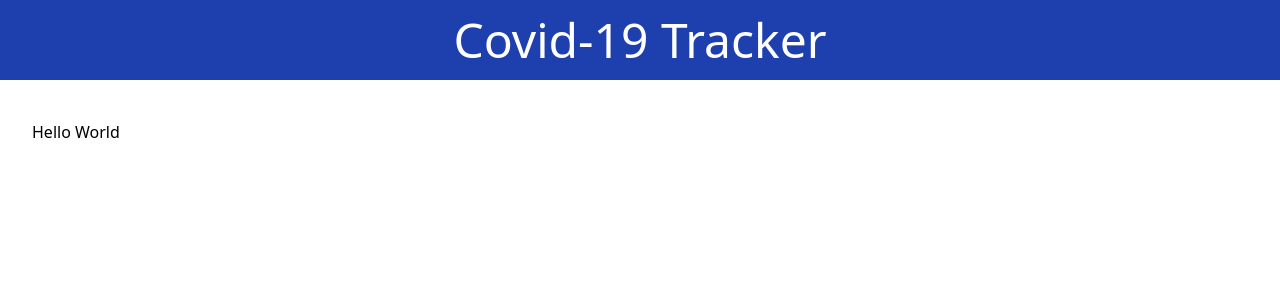
Repository: starcode72/vue-covid-tracker
Page: /
The author's editor kept a copy of each file at every save. The page is drawn from the files as they stood at one save, then again after a run of saves.
The browser window is 1280 px wide. The pictures show the whole page.
The project was rebuilt for these pictures with package versions that can differ from the ones it lists, and the page was loaded fresh each time. Also part of the build but not shown: vue.config.js.

Above is the page before, as saved 2022-04-30 08:28:42.

After the next 2 saves:
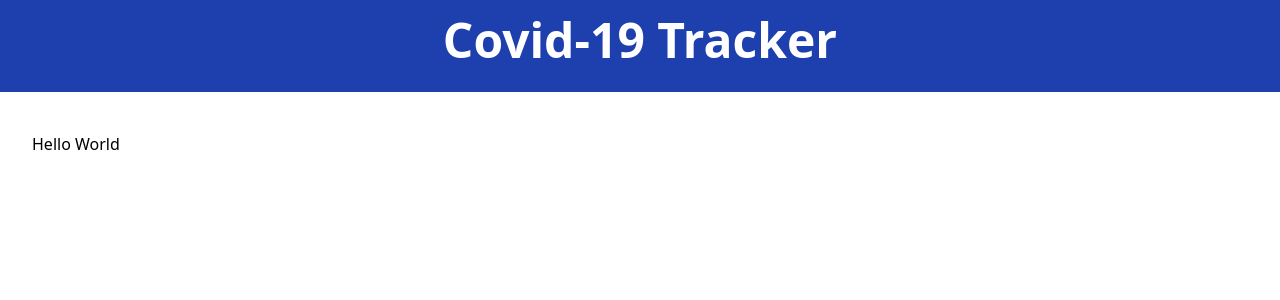
The 2 saves are shown as one change because they came seconds apart.
The last was saved 18 s later.
--- a/src/components/Header.vue
+++ b/src/components/Header.vue
@@ -1,6 +1,6 @@
 <template>
   <header class="text-center bg-blue-800 text-white p-4 mb-10" >
-    <div class="text-3xl md:text-5xl">Covid-19 Tracker</div>
+    <div class="text-3xl md:text-5xl font-bold mb-3">Covid-19 Tracker</div>
   </header>
 </template>
 
